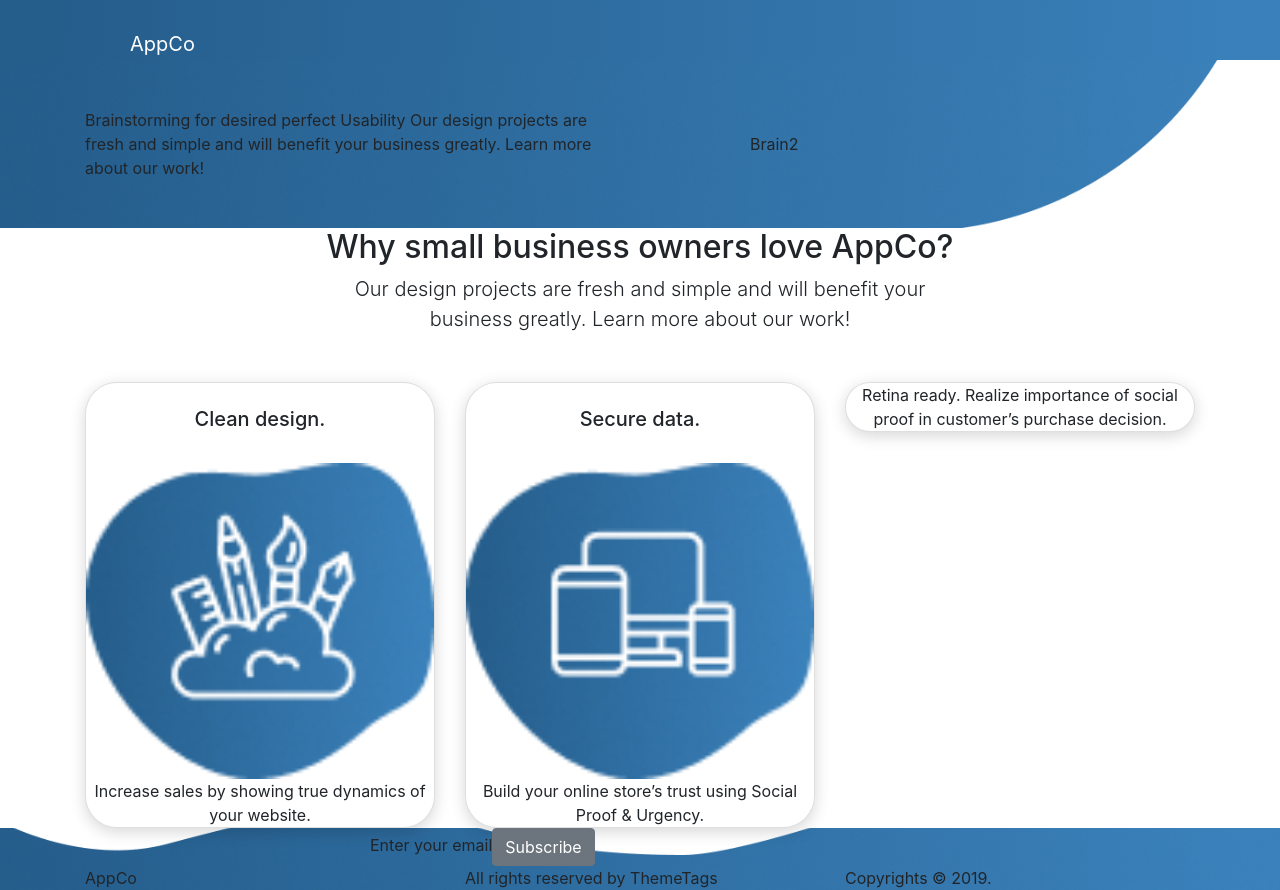
Repository: andbilous/user-statistics-app
Page: /
These files come from the project's save history. The page is drawn as it stood at one moment and after a run of saves; the edit follows.
The browser window is 1280 px wide. The pictures show the whole page.
The project was rebuilt for these pictures with package versions that can differ from the ones it lists, and the page was loaded fresh each time.

Above is the page before, as saved 2020-06-19 17:06:10.

### src/App.js
import React from 'react';
import Main from './pages/Main';
import './App.scss';

function App() {
  return (
    <div className="App">
      <Main/>
    </div>
  );
}

export default App;

### src/pages/Main.jsx
import React from "react";
import Header from "../components/Header";
import Brainstorming from "../components/brainstorming";
import Reasons from "../components/reasons";
import Footer from '../components/footer';

const Main = () => {
  return (
    <>
      <Header />
      <Brainstorming />
      <Reasons />
      <Footer />
    </>
  );
};

export default Main;

### src/App.scss
body {
  font-family: Montserrat;
  font-style: normal;
  font-weight: normal;
}
img {
  position: relative;
  display: block;
  width: 100%;
}

### src/components/Header/index.js
import React from 'react';
import './header.scss';
import { Container, Row, Col } from 'reactstrap';


const Header = () => {
    return (
      <header className='header bg-image'>
      <Container>
          <div className='navbar-brand'>
          AppCo
            </div>
      </Container>
      </header>
    )
};

export default Header;

### src/components/brainstorming/index.js
import React from 'react';
import { Container, Row, Col } from 'reactstrap';
import'./brainstorming.scss';


const Brainstorming = () => {
    return (
      <section className='brainstorming pt-100 bg-image'>
      <Container>
          <Row className="row align-items-center justify-content-between py-5">
            <Col className="col-md-7 col-lg-6">
              Brainstorming for desired perfect Usability
              Our design projects are fresh and simple and will benefit your business greatly. Learn more about our work!
              </Col>
            <Col className="col-md-5 col-lg-5">Brain2</Col>
          </Row>
      </Container>
      </section>
    )
};

export default Brainstorming;

### src/components/reasons/index.js
import React from 'react';
import './reasons.scss';
import { Container, Row, Col,Card } from 'reactstrap';


const Reasons = () => {
    return (
      <section className='reasons'>
      <Container>
          <Row className="justify-content-center">
          <Col className="col-lg-7 col-md-8">
            <div className='section-heading text-center mb-5'>
              <h2>Why small business owners love AppCo?</h2>
              <p className='lead'>
              Our design projects are fresh and simple and will benefit your business greatly. Learn more about our work!
              </p>
            </div>
          </Col>
          </Row>
          <Row className="justify-content-center">
            <Col className='col-lg-4 col-md'>
              <Card className='text-center card-block'>
                <div className='pt-4'>
                  <h5>Clean design.</h5>
                </div>
                <div className='reasons-img mt-4'>
                <img alt='13' src='../../img/1.png'/>
                </div>
                Increase sales by showing true dynamics of your website.
              </Card>
            </Col>
            <Col className='col-lg-4 col-md'>
            <Card className='text-center card-block'>
            <div className='pt-4'>
                  <h5>Secure data.</h5>
                </div>
                <div className='reasons-img mt-4'>
                <img alt='13' src='../../img/2.png'/>
                </div>

                Build your online store’s trust using Social Proof & Urgency.
              </Card>
            </Col>
            <Col className='col-lg-4 col-md'>
            <Card className='text-center card-block'>
                Retina ready.
                Realize importance of social proof in customer’s purchase decision.
              </Card>
            </Col>
          </Row>

      </Container>
      </section>
    )
};

export default Reasons;

### src/components/footer/index.js
import React from 'react';
import { Container, Row, Col,Button } from 'reactstrap';
import'./footer.scss';


const Footer = () => {
    return (
      <footer className='footer'>
        <Container>
          <Row className='justify-content-center'>
            <Col md='6'>
              <div>
                Enter your email
                <Button>Subscribe</Button>
              </div>
            </Col>
          </Row>
          <Row className='justify-content-between'>
            <Col className='col-md' lg='4'>
            AppCo
            </Col>
            <Col className='col-md' lg='4'>
            All rights reserved by ThemeTags
              </Col>
              <Col className='col-md' lg='4'>
              Copyrights © 2019.
              </Col>
          </Row>
        </Container>
      </footer>
    )
};

export default Footer;

### src/components/Header/header.scss
.header{
  width: 100%;
  height: 60px;
  background: linear-gradient(92.09deg, #255D8B 2.29%, #3A80BA 96.79%);
}

.navbar-brand {
  color: #fff;
  font-size: 40px;
  line-height: 49px;
  position: absolute;
  width: 136px;
  height: 49px;
  left: 130px;
  top: 24px;
}

### src/components/brainstorming/brainstorming.scss
.brainstorming{
  background-image: url(../../img/bg.png);
  background-repeat: no-repeat;
  background-position: center center;
  background-size: cover;
}

.bg-image{
  position: relative;
  width: 100%;
  display: block;
}

### src/components/reasons/reasons.scss
.card-block{
  background: #FFFFFF;
  box-shadow: 0px 4px 16px rgba(0, 0, 0, 0.16);
  border-radius: 32px !important;
}

### src/components/footer/footer.scss
.footer{
  background-image: url(../../img/footer-bg.png);
  background-repeat: no-repeat;
  background-position: center center;
  background-size: cover;
}

Loaded but not shown: public/index.html (common file); src/index.js (common file); src/serviceWorker.js (common file)

After the next 2 saves:
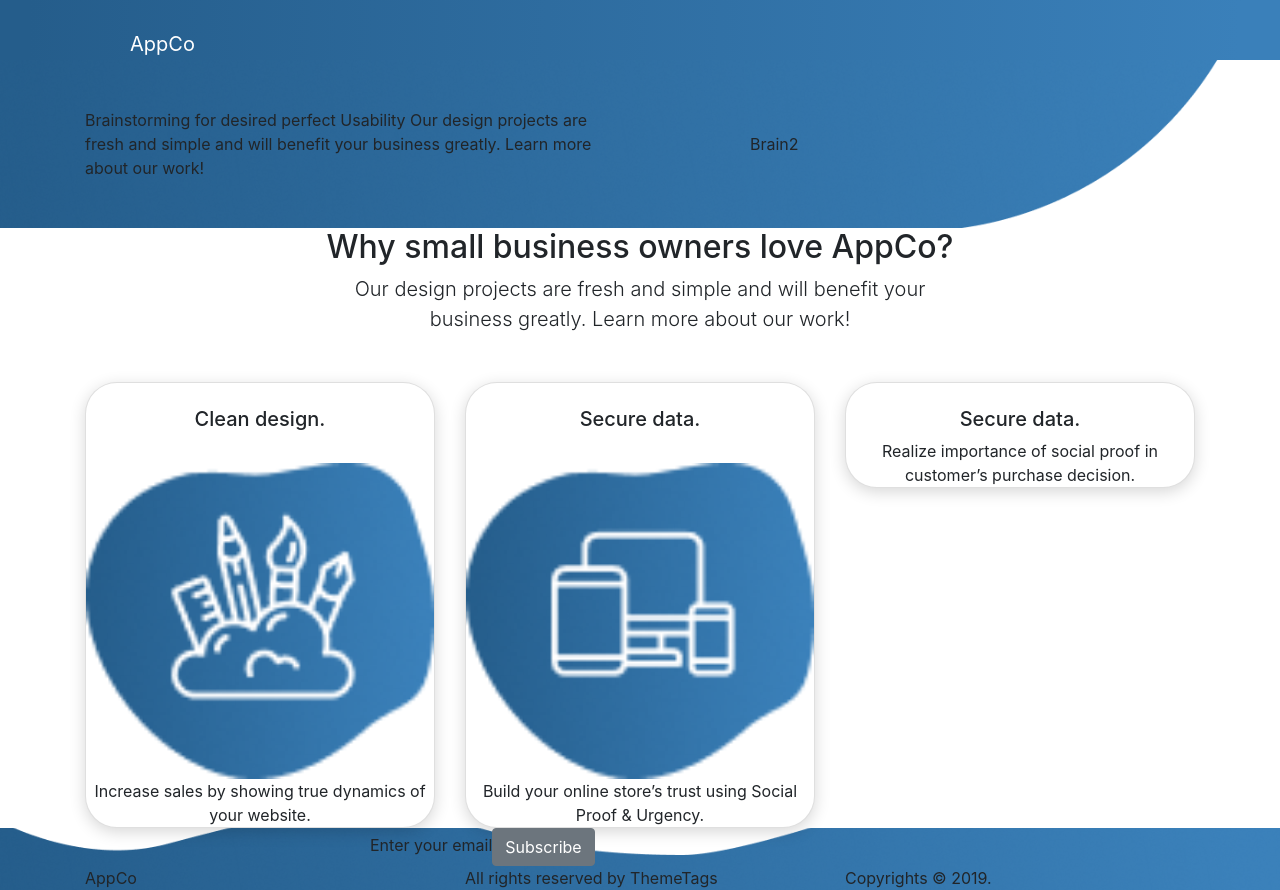
The 2 saves are shown as one change because they came seconds apart.
The last was saved 20 s later.
--- a/src/components/reasons/index.js
+++ b/src/components/reasons/index.js
@@ -43,7 +43,10 @@ const Reasons = () => {
             </Col>
             <Col className='col-lg-4 col-md'>
             <Card className='text-center card-block'>
-                Retina ready.
+            <div className='pt-4'>
+                  <h5>Secure data.</h5>
+                </div>
+
                 Realize importance of social proof in customer’s purchase decision.
               </Card>
             </Col>
